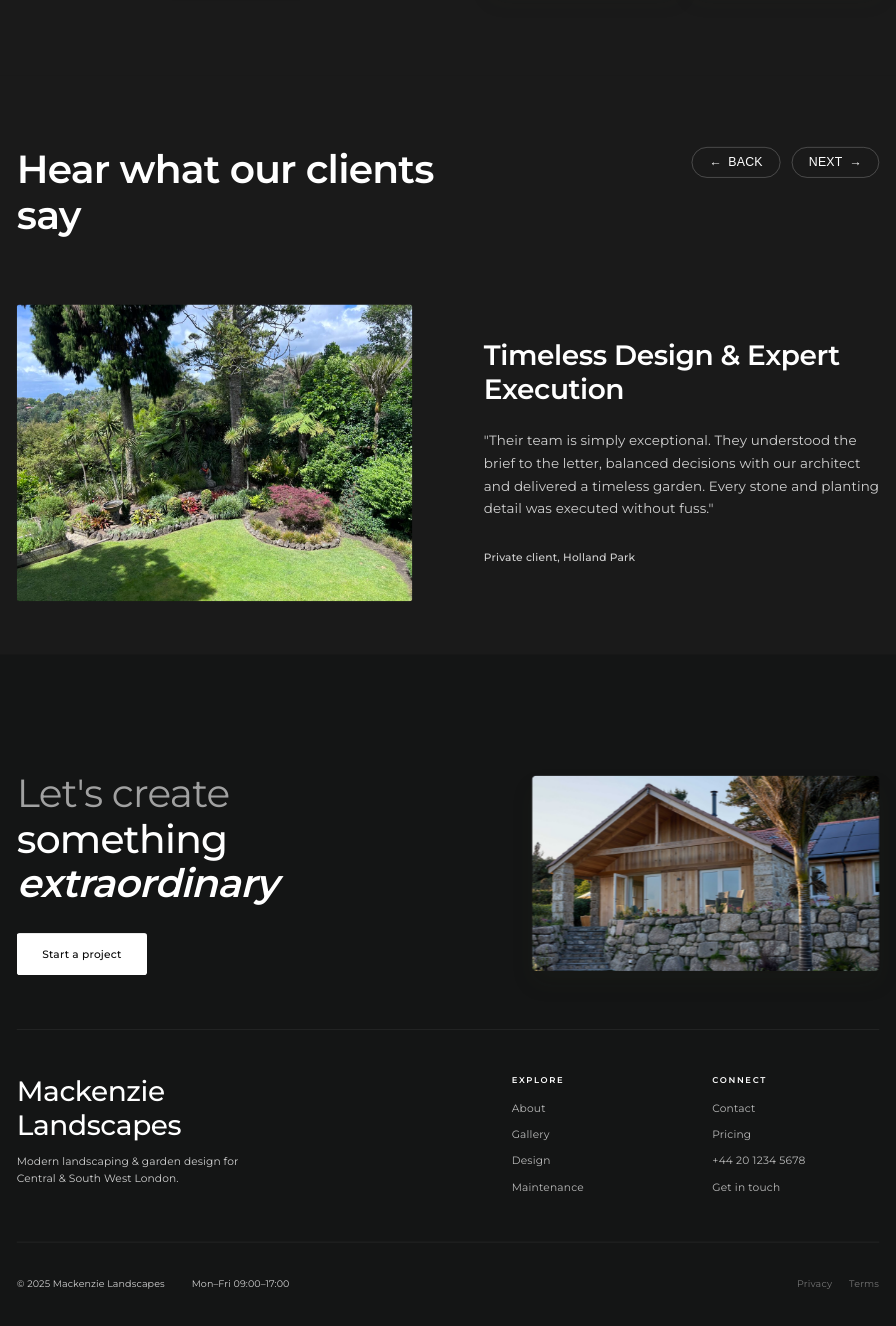
Repository: JoelMann1/MackenzieLandscapes
Page: index.html
The author's editor kept a copy of each file at every save. The page is drawn from the files as they stood at one save, then again after the next save.
The browser window is 1280 px wide. The pictures show the part of the page from y = 3650 to 5550 px (the page is 5544 px tall before and 5590 px after), at 70% of full size.
A picture or video elsewhere on the page could not be fetched, so the positions and the page height are approximate.

Above is the page before, as saved 2025-10-31 21:45:59.

After the next save:
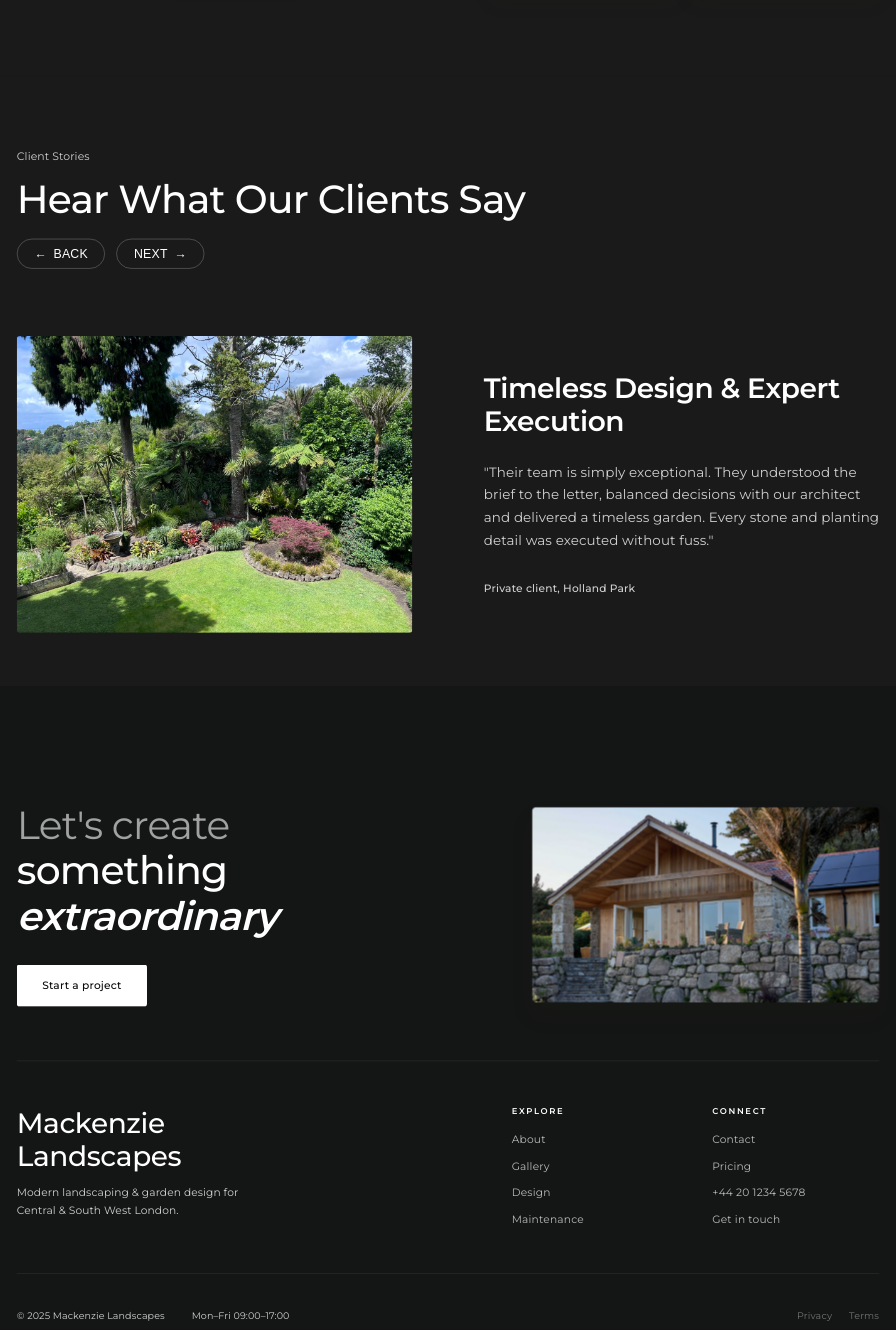
Saved 15 s later.
--- a/index.html
+++ b/index.html
@@ -385,9 +385,15 @@
 </section>
 
 <section class="section section--testimonials">
+  <div class="testimonials-header">
+    <div class="container">
+      <div class="testimonials-header__divider"></div>
+      <p class="testimonials-header__tagline">Client Stories</p>
+      <h2 class="section-title">Hear What Our Clients Say</h2>
+    </div>
+  </div>
   <div class="testimonials-slider__header">
     <div class="container">
-      <h2 class="testimonials-slider__title">Hear what our clients say</h2>
       <div class="testimonials-slider__controls">
         <button class="testimonial-nav testimonial-nav--prev" type="button" aria-label="Previous testimonial">
           <span aria-hidden="true">←</span>
